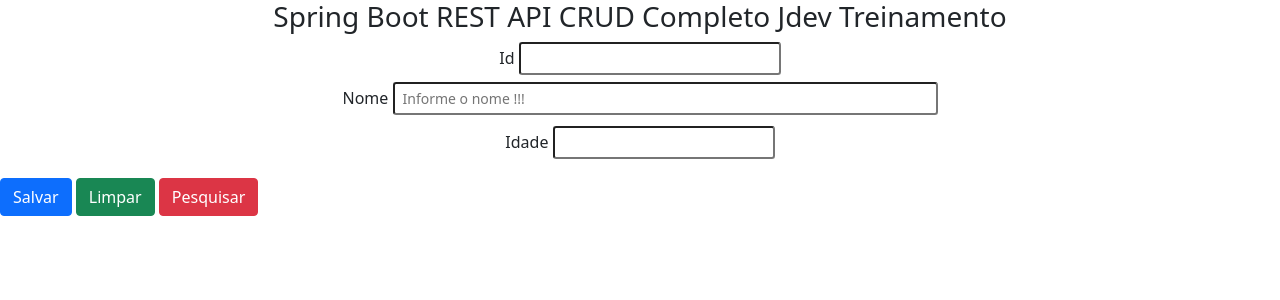
Repository: isaquelimaof/REST-API-SpringBoot
Page: springboot-rest-api-sample/src/main/resources/static/index.html
These files come from the project's save history. The page is drawn as it stood at one moment and after the next save; the edit follows.
The browser window is 1280 px wide. The pictures show the whole page.

Above is the page before, as saved 2022-05-10 17:50:26.

### springboot-rest-api-sample/src/main/resources/static/index.html
<!DOCTYPE html>
<html lang="pt-br">
<head>
<meta charset="utf-8">
<meta name="viewport" content="width=device-width, initial-scale=1">
<!-- Bootstrap CSS -->
<link
	href="https://cdn.jsdelivr.net/npm/bootstrap@5.1.3/dist/css/bootstrap.min.css"
	rel="stylesheet"
	integrity="sha384-1BmE4kWBq78iYhFldvKuhfTAU6auU8tT94WrHftjDbrCEXSU1oBoqyl2QvZ6jIW3"
	crossorigin="anonymous">
<link rel="stylesheet" type="text/css" href="css.css" media="screen" />
<title>API REST FULL</title>
</head>
<body>
	<h3>Spring Boot REST API CRUD Completo Jdev Treinamento</h3>

	<form action="" id="formCadastroUser">

		<div class="mb-1">
			<label for="id" class="form-label">Id</label> <input type="text"
				class="form-control-sm" id="id" size="25px" readonly="readonly">
		</div>
		<div class="mb-2">
			<label id="nome1" for="nome" class="form-label">Nome</label> <input
				type="text" id="nome" class="form-control-sm" size="60px"
				placeholder="Informe o nome !!!">
		</div>
		<div class="mb-3">
			<label for="idade" class="form-label">Idade</label> <input
				type="number" class="form-control-sm" id="idade">
		</div>
	</form>

	<button type="button" class="btn btn-primary" onclick="salvarUsuario()">Salvar</button>
	<button type="button" class="btn btn-success"
		onclick="document.getElementById('formCadastroUser').reset()">Limpar</button>
	<button type="button" class="btn btn-danger" data-bs-toggle="modal"
		data-bs-target="#modalPesquisarUser" data-bs-whatever="@getbootstrap">Pesquisar</button>

	<div class="modal fade" id="modalPesquisarUser" tabindex="-1"
		aria-labelledby="exampleModalLabel" aria-hidden="true">
		<div class="modal-dialog">
			<div class="modal-content">
				<div class="modal-header">
					<h5 class="modal-title" id="exampleModalLabel">Pesquisar
						Usuário</h5>
					<button type="button" class="btn-close" data-bs-dismiss="modal"
						aria-label="Close"></button>
				</div>
				<div class="modal-body">
					<form>
						<div class="mb-3">
							<label for="nameBusca" class="col-form-label">Nome:</label> <input
								type="text" class="form-control" id="nameBusca">
						</div>

						<button type="button" class="btn btn-success">Pesquisar !</button>
						<!-- <div class="mb-3">
							<label for="message-text" class="col-form-label">Message:</label>
							<textarea class="form-control" id="message-text"></textarea>
						</div>  -->

					</form>

					<table class="table">
						<thead>
							<tr>
								<th scope="col">ID</th>
								<th scope="col">Nome</th>
								<th scope="col">Editar</th>
							</tr>
						</thead>
						<tbody>
							<tr>
								<th scope="row">1</th>
								<td>Mark</td>
								<td>Otto</td>
								<td>@mdo</td>
							</tr>
							<tr>
								<th scope="row">2</th>
								<td>Jacob</td>
								<td>Thornton</td>
								<td>@fat</td>
							</tr>

						</tbody>
					</table>

				</div>

				<!-- <div class="modal-footer">
						<button type="button" class="btn btn-primary">Send message</button>-->
				<button type="button" class="btn btn-danger" data-bs-dismiss="modal">Sair
					!</button>

			</div>
		</div>
	</div>
	</div>


	<script src="https://code.jquery.com/jquery-3.6.0.min.js"
		integrity="sha256-/xUj+3OJU5yExlq6GSYGSHk7tPXikynS7ogEvDej/m4="
		crossorigin="anonymous"></script>

	<!-- Option 1: Bootstrap Bundle with Popper -->
	<script
		src="https://cdn.jsdelivr.net/npm/bootstrap@5.1.3/dist/js/bootstrap.bundle.min.js"
		integrity="sha384-ka7Sk0Gln4gmtz2MlQnikT1wXgYsOg+OMhuP+IlRH9sENBO0LRn5q+8nbTov4+1p"
		crossorigin="anonymous"></script>


	<script type="text/javascript">
		function salvarUsuario() {
			//busca valores no campo
			var id = $("#id").val();
			var nome = $("#nome").val();
			var idade = $("#idade").val();

			//Trabalhando com Ajax - Sempre vai ser usado esse modelo para se comunicar com a API
			$.ajax({
				method : "POST",
				url : "salvar",
				data : JSON.stringify({
					id : id,
					nome : nome,
					idade : idade
				}),
				contentType : "application/json; charset=utf-8",
				success : function(response) {
					$("#id").val(response.id);
					alert("Salvo com Sucesso!");
				}
			}).fail(function(xhr, status, errorThrown) {
				alert("Erro ao salvar usuario !: " + xhr.responseText);
			});

		}
	</script>

</body>
</html>

### springboot-rest-api-sample/src/main/resources/static/css.css
@charset "utf-8";

h3 {
	text-align: center;

}
.mb-1{
	text-align: center;
}
.mb-2{
	text-align: center;
}
.mb-3{
	text-align: center;
}

.btn {
	align-content: center;
}

* {
	align-content: center;
}

After the next save:
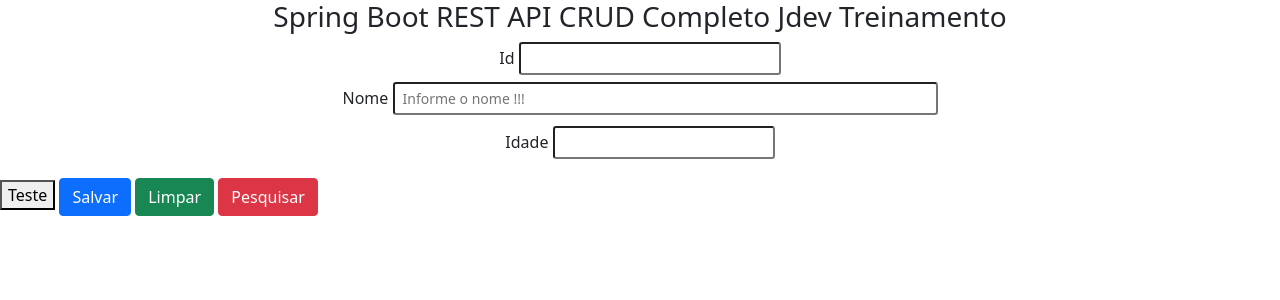
Saved 29 min 48 s later.
--- a/springboot-rest-api-sample/src/main/resources/static/index.html
+++ b/springboot-rest-api-sample/src/main/resources/static/index.html
@@ -31,6 +31,8 @@
 				type="number" class="form-control-sm" id="idade">
 		</div>
 	</form>
+
+	<button>Teste</button>
 
 	<button type="button" class="btn btn-primary" onclick="salvarUsuario()">Salvar</button>
 	<button type="button" class="btn btn-success"
